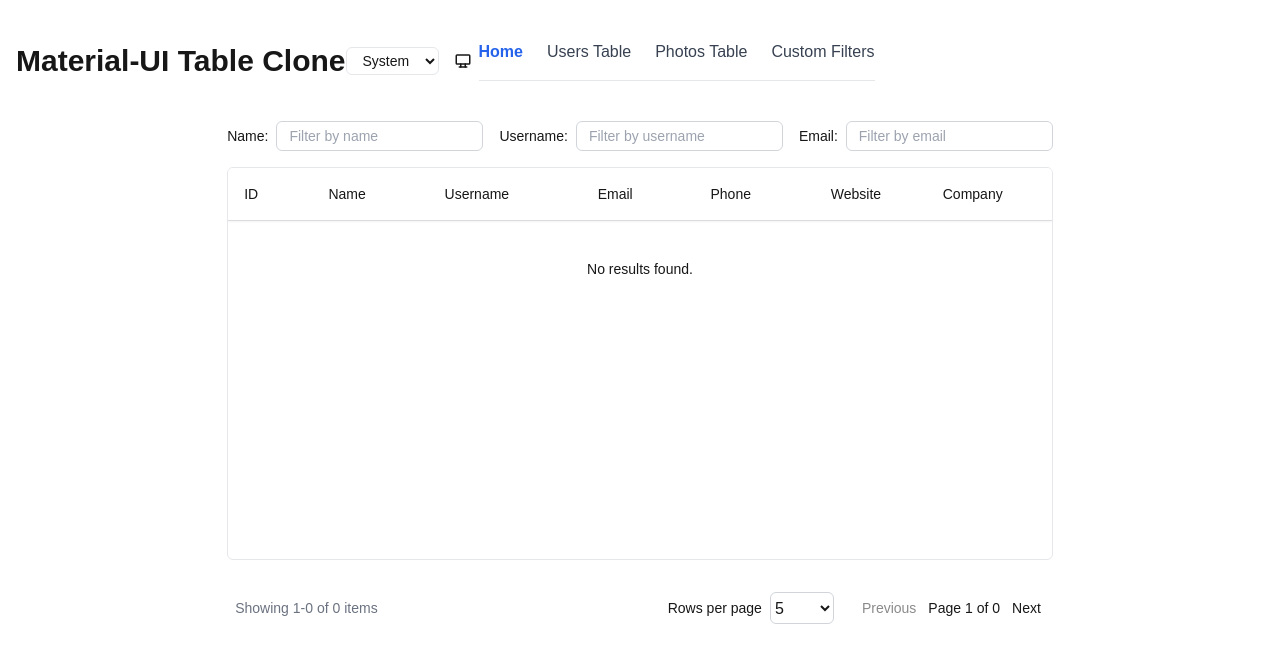
Repository: Dvirco1234/mini-mui-table
Page: /
The author's editor kept a copy of each file at every save. The page is drawn from the files as they stood at one save, then again after the next save.
The browser window is 1280 px wide. The pictures show the whole page.
The page's requests for data from a server got no answer. The project was rebuilt for these pictures with package versions that can differ from the ones it lists, and the page was loaded fresh each time. The framework's server and built-in components were replaced by stand-ins that run in the browser. No one was signed in, and anything a server would have sent is missing. Also part of the build but not shown: next.config.ts.

Above is the page before, as saved 2025-03-03 22:02:29.

After the next save:
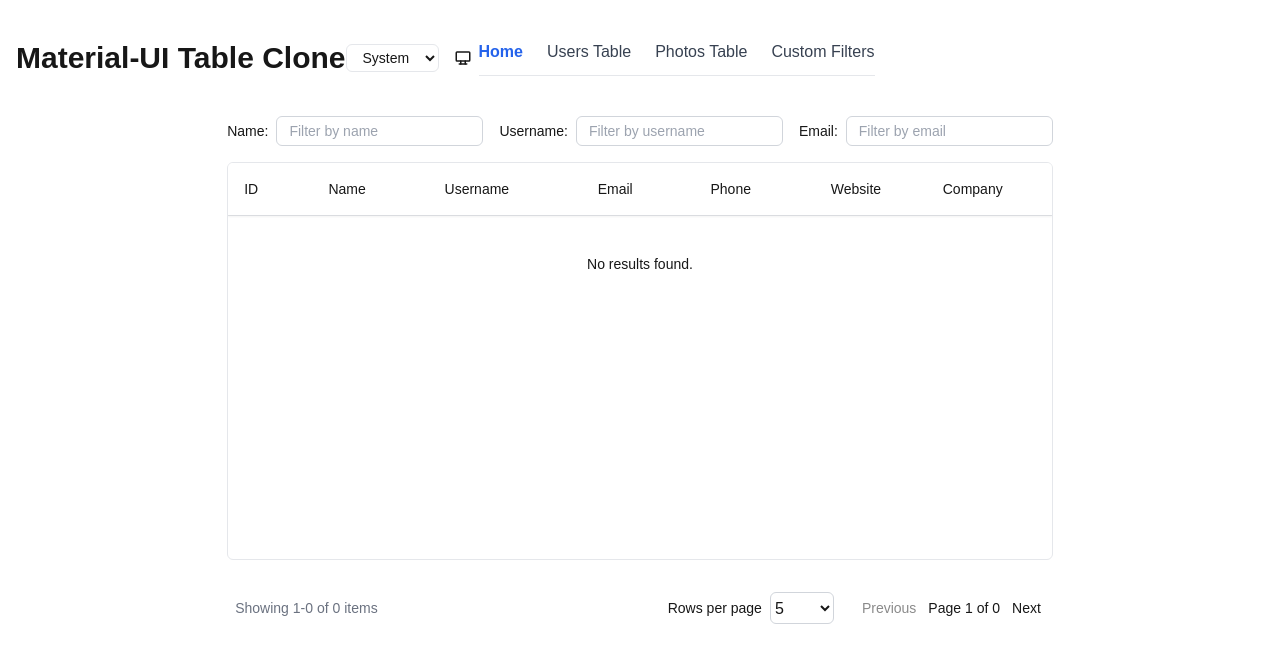
Saved 10 s later.
--- a/src/components/layout/Navigation.tsx
+++ b/src/components/layout/Navigation.tsx
@@ -21,7 +21,7 @@ export function Navigation() {
         <ThemeToggle />
       </div>
 
-      <nav className="border-b pb-4 ">
+      <nav className="border-b ">
         <ul className="flex flex-wrap gap-6">
           {navItems.map((item) => (
             <li key={item.path}>
